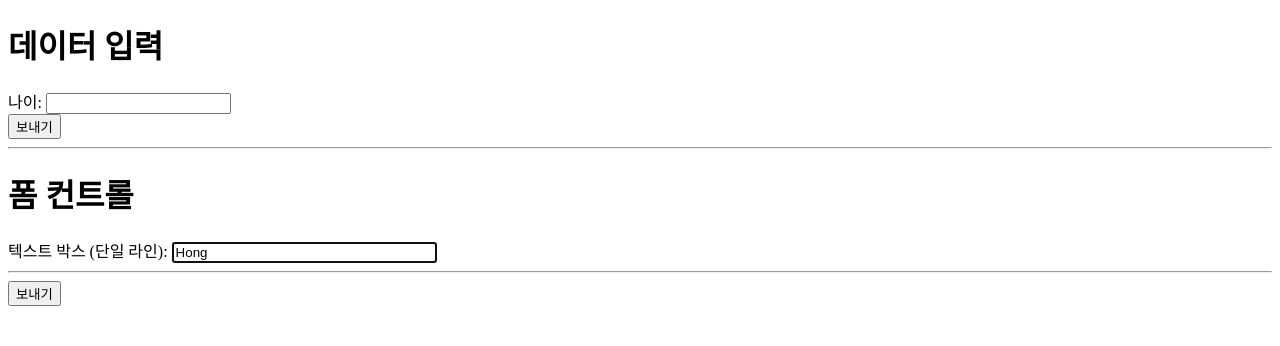
Repository: seula123/Front-End
Page: ClientTest/src/main/webapp/html/ex18_form.html
An editor plug-in stored every save of this project. The page is shown before and after the next save, followed by the edit.
The browser window is 1280 px wide. The pictures show the whole page.

Above is the page before, as saved 2023-09-21 06:25:45.

### ClientTest/src/main/webapp/html/ex18_form.html
<!DOCTYPE html>
<html>
<head>
<meta charset="UTF-8">
<title>Insert title here</title>
</head>
<body>


	<!-- ex18_form.html -->

	<!--

		폼,form
		- 입력 양식, 입력 컨트롤
		- 클라이언트(사용자)로부터 입력장치(키보드, 마우스, 터치 등)을 통해서 데이터를 입력받는 역할
		- 입력 데이터> 서버로 전송 > 업무 활용 or 데이터 베이스 저장 등..
		ex) 텍스트 박스, 버튼, 체크 박스, 라디오 버튼 등..
		- <form> + <form>의 자식 태그들..



		<form>
		- 모든 입력 컨트롤을 감싸는 컨테이너
		- 스스로는 랜더링 결과가 없다. (출력되지않는다)
		- 입력한 값을 서버로 전송하는 역할(********)


		form.method
		- 데이터를 전송하는 방식
		- 택배(일반 우편| 등기 우편)
		1. POST
			- ex18_Server.jsp
			- 데이터를 상자안에 담아서 전송
			- 데이터가 노출x > 보안 o
			- 전송하는 데이터의 최대 길이 제한 > 무제한

		2. GET
			- -ex198_server.jsp?age=20
			- 데이터를 송장에 붙여서 전송
			- 전송되는 데이터가 노출(주소창)> 보안 x
			- 전송하는 데이터의 최대 길이 제한 > 256자 > 8000자 바이트
			- 긴 데이터는 전송 x

		form.action
		- 데이터를 수신하는 서버측 URL
		- 받는 사람 주소
		- 서버측 동작하고 있는 프로그램 주소 > JSP, Servlet, Spring 주소

	 -->

	 <h1> 데이터 입력</h1>

	 <form method="GET" action="ex18_server.jsp">


	 	나이: <input type = "text" name = "age">
	 	<br>
	 	<input type = "submit" value = "보내기">
	 </form>



	 <hr>

	 <h1> 폼 컨트롤 </h1>




	 <form method="get" action="ex18_server.jsp">

	 	<!--
	 		<input>
	 		- 인라인 태그
	 		- 단독 태그
	 		- input.type: 입력 컨트롤 종류 지정
	 		- input.name : 식별자
	 		- input.id : 식별자. CSS,JavaScript에서 사용
	 		- input.class : 식별자. CSS,JavaScript에서 사용
	 		- input.size: 길이(문자 개수)
	 		- input.maxlength: 최대 입력 길이(글자수)
	 		- input.readonly: 읽기 전용(전원 on)
	 		- input.disabled: 비활성화	(전원 off)
	 		- input.accesskey: 바로가기(Alt+조합ㄱ키)
            - input.autofocus: 자동 포커스
            - input.autocomplete : 자동 완성 끄기


	 	 -->

	 	텍스트 박스 (단일 라인):
	 	<input type = "text" name="txt1" id="txt1" class="txt" size = "30" value="Hong
	 	" accesskey="s" autofocus autocomplete="off">

	 	<hr>

	 	<input type = "submit" value ="보내기">




	 </form>
</body>

</html>

After the next save:
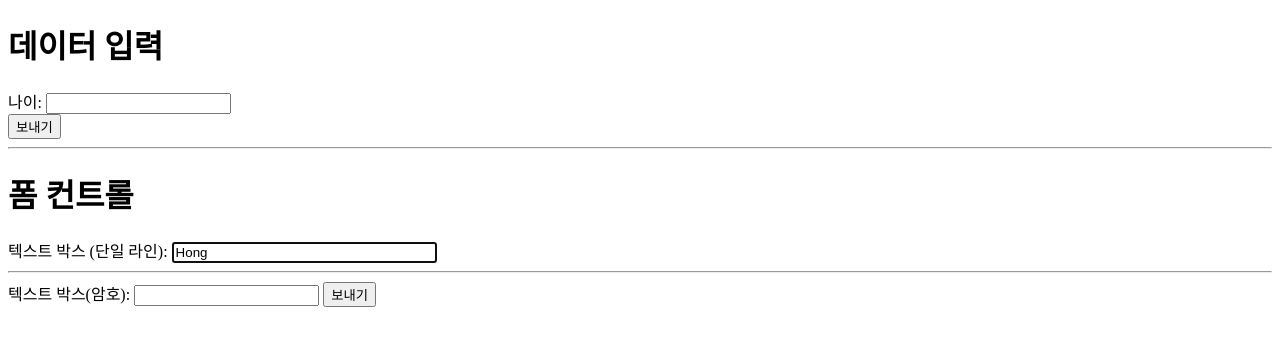
Saved 2 min 39 s later.
--- a/ClientTest/src/main/webapp/html/ex18_form.html
+++ b/ClientTest/src/main/webapp/html/ex18_form.html
@@ -95,6 +95,18 @@
 
 	 	<hr>
 
+	 	<!--
+
+	 		암호 상자, Password Box, Masked Text Box
+	 		- 모든 속성이 텍스트 박스와 동일
+
+	 	 -->
+	 	 텍스트 박스(암호):
+	 	 <input type = "password">
+
+
+
+
 	 	<input type = "submit" value ="보내기">
 
 
